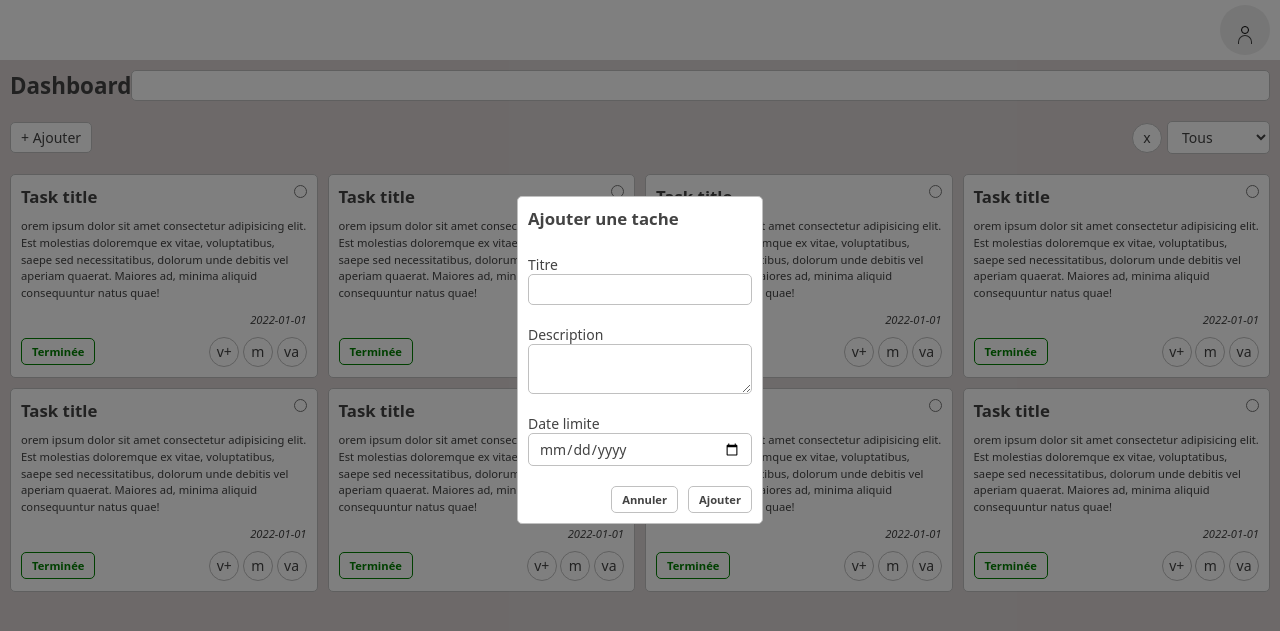
Repository: zpaulange/task_manager
Page: dashboard/index.html
These files come from the project's save history. The page is drawn as it stood at one moment and after a run of saves; the edit follows.
The browser window is 1280 px wide. The pictures show the whole page.

Above is the page before, as saved 2025-03-06 16:20:08.

### dashboard/index.html
<!DOCTYPE html>
<html lang="en">
<head>
    <meta charset="UTF-8">
    <meta name="viewport" content="width=device-width, initial-scale=1.0">
    <link rel="stylesheet" href="../assets/styles/dashboard/style.css">
    <title>Document</title>
</head>
<body>
  <section class="dashboard">
    <div class="dashboard_right">
      <nav class="dashbaord_nav">
        <a href="#" class="dashbaord_nav_avatar">
          <span></span>
        </a>
      </nav>
      <main class="main">
        <div class="main_header">
          <h1 class="main_header_title">Dashboard</h1>
          <input type="search" name="search" class=" main_header_search">
        </div>
        <div class="main_header_actions">
          <div class="main_header_actions_left">
            <button class="main_header_actions_btn">+ Ajouter</button>
          </div>
          <div class="main_header_actions_right">
            <button class="main_header_actions_right_btnDel rounded-btn del">x</button>
            <select name="filter" class="main_header_actions_right_filter" id="">
              <option value="0">Tous</option>
              <option value="1">En cours</option>
              <option value="2">Annulés</option>
              <option value="3">Terminés</option>
            </select>
          </div>
        </div>
        <section class="main-task">
          <div class="main-task__content">
            <div class="main-task__content-item">
              <div class="main-task__content-item__title">
                Task title
              </div>
              <p class="main-task__content-item__desc">
                orem ipsum dolor sit amet consectetur adipisicing elit. Est molestias doloremque ex vitae, voluptatibus, saepe sed necessitatibus, dolorum unde debitis vel aperiam quaerat. Maiores ad, minima aliquid consequuntur natus quae!
              </p>
              <div class="main-task__content-item__date">
                2022-01-01
              </div>
              <div class="main-task__content-item__actions">
                <span class="main-task__content-item__actions_status completed">
                  Terminée
                </span>
                <div>
                  <button class="rounded-btn see-more">v+</button>
                  <button class="rounded-btn modify">m</button>
                  <button class="rounded-btn validate">va</button>
                </div>
              </div>
              <input type="radio" name="checkTask" class="checkTask" id="checkTask">
            </div>
            <div class="main-task__content-item">
              <div class="main-task__content-item__title">
                Task title
              </div>
              <p class="main-task__content-item__desc">
                orem ipsum dolor sit amet consectetur adipisicing elit. Est molestias doloremque ex vitae, voluptatibus, saepe sed necessitatibus, dolorum unde debitis vel aperiam quaerat. Maiores ad, minima aliquid consequuntur natus quae!
              </p>
              <div class="main-task__content-item__date">
                2022-01-01
              </div>
              <div class="main-task__content-item__actions">
                <span class="main-task__content-item__actions_status completed">
                  Terminée
                </span>
                <div>
                  <button class="rounded-btn see-more">v+</button>
                  <button class="rounded-btn modify">m</button>
                  <button class="rounded-btn validate">va</button>
                </div>
              </div>
              <input type="radio" name="checkTask" class="checkTask" id="checkTask">
            </div>
            <div class="main-task__content-item">
              <div class="main-task__content-item__title">
                Task title
              </div>
              <p class="main-task__content-item__desc">
                orem ipsum dolor sit amet consectetur adipisicing elit. Est molestias doloremque ex vitae, voluptatibus, saepe sed necessitatibus, dolorum unde debitis vel aperiam quaerat. Maiores ad, minima aliquid consequuntur natus quae!
              </p>
              <div class="main-task__content-item__date">
                2022-01-01
              </div>
              <div class="main-task__content-item__actions">
                <span class="main-task__content-item__actions_status completed">
                  Terminée
                </span>
                <div>
                  <button class="rounded-btn see-more">v+</button>
                  <button class="rounded-btn modify">m</button>
                  <button class="rounded-btn validate">va</button>
                </div>
              </div>
              <input type="radio" name="checkTask" class="checkTask" id="checkTask">
            </div>
            <div class="main-task__content-item">
              <div class="main-task__content-item__title">
                Task title
              </div>
              <p class="main-task__content-item__desc">
                orem ipsum dolor sit amet consectetur adipisicing elit. Est molestias doloremque ex vitae, voluptatibus, saepe sed necessitatibus, dolorum unde debitis vel aperiam quaerat. Maiores ad, minima aliquid consequuntur natus quae!
              </p>
              <div class="main-task__content-item__date">
                2022-01-01
              </div>
              <div class="main-task__content-item__actions">
                <span class="main-task__content-item__actions_status completed">
                  Terminée
                </span>
                <div>
                  <button class="rounded-btn see-more">v+</button>
                  <button class="rounded-btn modify">m</button>
                  <button class="rounded-btn validate">va</button>
                </div>
              </div>
              <input type="radio" name="checkTask" class="checkTask" id="checkTask">
            </div>
            <div class="main-task__content-item">
              <div class="main-task__content-item__title">
                Task title
              </div>
              <p class="main-task__content-item__desc">
                orem ipsum dolor sit amet consectetur adipisicing elit. Est molestias doloremque ex vitae, voluptatibus, saepe sed necessitatibus, dolorum unde debitis vel aperiam quaerat. Maiores ad, minima aliquid consequuntur natus quae!
              </p>
              <div class="main-task__content-item__date">
                2022-01-01
              </div>
              <div class="main-task__content-item__actions">
                <span class="main-task__content-item__actions_status completed">
                  Terminée
                </span>
                <div>
                  <button class="rounded-btn see-more">v+</button>
                  <button class="rounded-btn modify">m</button>
                  <button class="rounded-btn validate">va</button>
                </div>
              </div>
              <input type="radio" name="checkTask" class="checkTask" id="checkTask">
            </div>
            <div class="main-task__content-item">
              <div class="main-task__content-item__title">
                Task title
              </div>
              <p class="main-task__content-item__desc">
                orem ipsum dolor sit amet consectetur adipisicing elit. Est molestias doloremque ex vitae, voluptatibus, saepe sed necessitatibus, dolorum unde debitis vel aperiam quaerat. Maiores ad, minima aliquid consequuntur natus quae!
              </p>
              <div class="main-task__content-item__date">
                2022-01-01
              </div>
              <div class="main-task__content-item__actions">
                <span class="main-task__content-item__actions_status completed">
                  Terminée
                </span>
                <div>
                  <button class="rounded-btn see-more">v+</button>
                  <button class="rounded-btn modify">m</button>
                  <button class="rounded-btn validate">va</button>
                </div>
              </div>
              <input type="radio" name="checkTask" class="checkTask" id="checkTask">
            </div>
            <div class="main-task__content-item">
              <div class="main-task__content-item__title">
                Task title
              </div>
              <p class="main-task__content-item__desc">
                orem ipsum dolor sit amet consectetur adipisicing elit. Est molestias doloremque ex vitae, voluptatibus, saepe sed necessitatibus, dolorum unde debitis vel aperiam quaerat. Maiores ad, minima aliquid consequuntur natus quae!
              </p>
              <div class="main-task__content-item__date">
                2022-01-01
              </div>
              <div class="main-task__content-item__actions">
                <span class="main-task__content-item__actions_status completed">
                  Terminée
                </span>
                <div>
                  <button class="rounded-btn see-more">v+</button>
                  <button class="rounded-btn modify">m</button>
                  <button class="rounded-btn validate">va</button>
                </div>
              </div>
              <input type="radio" name="checkTask" class="checkTask" id="checkTask">
            </div>
            <div class="main-task__content-item">
              <div class="main-task__content-item__title">
                Task title
              </div>
              <p class="main-task__content-item__desc">
                orem ipsum dolor sit amet consectetur adipisicing elit. Est molestias doloremque ex vitae, voluptatibus, saepe sed necessitatibus, dolorum unde debitis vel aperiam quaerat. Maiores ad, minima aliquid consequuntur natus quae!
              </p>
              <div class="main-task__content-item__date">
                2022-01-01
              </div>
              <div class="main-task__content-item__actions">
                <span class="main-task__content-item__actions_status completed">
                  Terminée
                </span>
                <div>
                  <button class="rounded-btn see-more">v+</button>
                  <button class="rounded-btn modify">m</button>
                  <button class="rounded-btn validate">va</button>
                </div>
              </div>
              <input type="radio" name="checkTask" class="checkTask" id="checkTask">
            </div>
            <!-- <section class="box box-center">
              <h1>Aucune tache disponible...</h1>
            </section> -->
          </div>

        </section>
        <div class="modal">
          <div class="modal-container">
            <h2 class="modal_title">Ajouter une tache</h2>
            <form action="#" class="form">
              <div class="form_item">
                <label for="taskTitle" class="">Titre</label>
                <input type="text">
              </div>
              <div class="form_item">
                <label for="taskDescription" class="">Description</label>
                <textarea></textarea>
              </div>
              <div class="form_item">
                <label for="taskDate" class="">Date limite</label>
                <input type="date">
              </div>
              <div class="form_item-btn">
                <button>Annuler</button>
                <button type="submit">Ajouter</button>
              </div>
            </form>
          </div>
        </div>
      </main>

    </div>
  </section>

</body>
</html>

### assets/styles/dashboard/style.css
*{
  margin:0;
  padding:0;
  box-sizing: border-box;
  position:relative;
  font-family: system-ui, sans-serif;
  font-size: 14px;
  color:#434343;
}
body{
  overflow-x: hidden;
}
a{
  text-decoration: none;
}
a:active, a:hover{
  color:#434343;
}
img{
  width: 100%;
  height: auto;
}
ul li{
  list-style: none;
}
input[type="search"],
input[type="text"],
input[type="date"], textarea{
  padding:5px 10px;
  border-radius:5px;
  border:1px solid silver;
  display: block;
  width: 100%;
}
input:focus, select:focus, textarea:focus{
  outline: none;
}

.dashboard{
  min-height: 100vh;
  background-color: #dbd4d4;
}

.dashboard_right{
  min-height: 100vh;
}
.dashbaord_nav{
  background-color: #fff;
  padding:5px 10px;
  display: flex;
  align-items:center;
  justify-content: flex-end;
  z-index: 1000;
  position: sticky;
  top:0;
  left:0;
}
.dashbaord_nav_avatar{
  display: flex;
  align-items: center;
  justify-content: center;
  height:50px;
  width: 50px;
  border-radius:50%;
  background-color: #eee;

}
.dashbaord_nav_avatar span{
  display: inline-block;
  height: 8px;
  width: 8px;
  border-radius:50%;
  border:1px solid #000
}
.dashbaord_nav_avatar span:before{
  content:'';
  position: absolute;
  height: 8px;
  width: 12px;
  border:1px solid;
  left:50%;
  transform: translateX(-50%);
  top:8px;
  border-bottom: none;
  border-top-left-radius: 10px;
  border-top-right-radius: 10px;
}

.main{
  padding:10px;
}
.main_header_title{
  font-size: 1.6rem;
}
.box{
  min-height: calc(100vh - 180px);
  background-color: #fff;
  border-radius:5px;
  padding:10px;
  margin-top:20px
}
.box.box-center{
  display: flex;
  align-items:center;
  justify-content: center;
}

.main_header{
  display: flex;
  justify-content: space-between;
  align-items:center;
  margin-bottom:20px;
}
.main_header_actions{
  display: flex;
  justify-content: space-between;
  align-items:center;
}
.main_header_actions_btn{
  padding:5px 10px;
  border-radius:5px;
  border:1px solid silver;
  background-color: #fff;
  cursor: pointer;
  transition: .2s;
}
.main_header_actions_btn:hover{
  background-color:blue;
  color:#fff;
}
.main_header_actions_right{
  display: flex;
  align-items:center;
  gap:5px;
}
.rounded-btn{
  border-radius:50%;
  border:1px solid silver;
  background-color: #fff;
  cursor: pointer;
  transition: .2s;
  cursor:pointer;
  width: 30px;
  height: 30px;
}
.rounded-btn.del:hover{
  background-color:red;
  color:#fff;
}
.rounded-btn.see-more:hover{
  background-color:blue;
  color:#fff;
}
.rounded-btn.modify:hover{
  background-color:rgb(172, 172, 14);
  color:#fff;
}
.rounded-btn.validate:hover{
  background-color:green;
  color:#fff;
}
.main_header_actions_right_filter{
  padding:5px 10px;
  border-radius:5px;
  border:1px solid silver;
  background-color: #fff;
}

.main-task__content{
  margin-top:20px;
  display: grid;
  grid-template-columns: repeat(auto-fill, minmax(300px, 1fr));
  gap:10px
}
.main-task__content-item{
  background-color:#fff;
  padding:10px;
  border-radius:5px;
  border:1px solid silver
}
.main-task__content-item__title{
  font-size: 1.2rem;
  font-weight: 600;
  padding-right:30px;
}
.main-task__content-item__desc{
  font-size: .8rem;
  line-height: 1.2rem;
  margin-top:10px;
  margin-bottom:10px;
}
.main-task__content-item__date{
  font-size: .8rem;
  text-align: right;
  font-style: italic;
}

.main-task__content-item__actions{
  display: flex;
  justify-content: space-between;
  align-items:center;
  margin-top:10px;
}
.main-task__content-item__actions_status, .form_item-btn button{
  padding:5px 10px;
  border-radius:5px;
  background-color: #fff;
  border:1px solid silver;
  font-size: .8rem;
  font-weight: 600;
}
.main-task__content-item__actions_status.canceled{
  color:red;
  border-color:red;
}
.main-task__content-item__actions_status.pending{
  color:blue;
  border-color:blue;
}
.main-task__content-item__actions_status.completed{
  color:green;
  border-color:green;
}
.checkTask{
  position:absolute;
  top:10px;
  right:10px;
}
.modal{
  position: fixed;
  top:0;
  left:0;
  width: 100%;
  height: 100vh;
  background-color: rgba(0, 0, 0, .5);
  display: flex;
  justify-content: center;
  align-items: center;
  z-index: 9999;
}
.modal_title{
  font-size: 1.2rem;
  font-weight: 600;
  margin-bottom:25px;
}
.modal-container{
  background-color: #fff;
  padding:10px;
  border-radius:5px;
  border:1px solid silver;
}

.form_item{
  margin-bottom:20px;
}
.form_item label{
  margin-bottom:3px;
}
.form_item-btn{
  margin-top:10px;
  display: flex;
  justify-content: flex-end;
  gap:10px;

}
.form_item-btn button:hover{
  background-color:blue;
  color:#fff;
  cursor:pointer
}

After the next 2 saves:
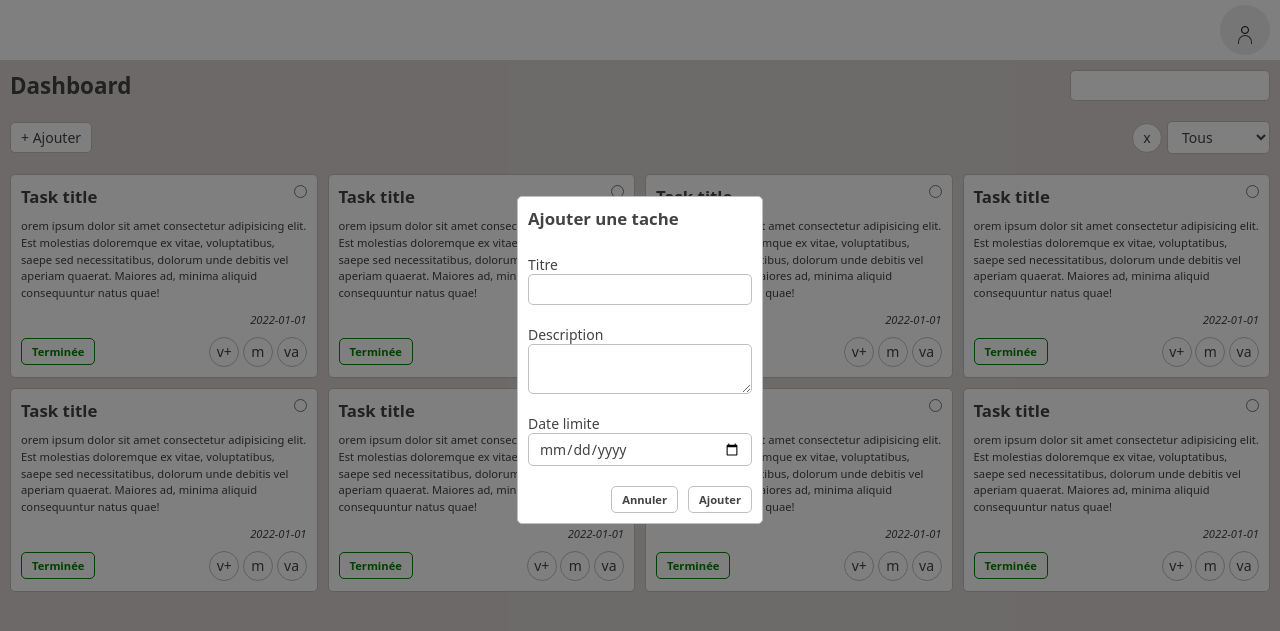
The 2 saves are shown as one change because they came seconds apart.
The last was saved 45 s later.
--- a/dashboard/index.html
+++ b/dashboard/index.html
@@ -17,7 +17,7 @@
       <main class="main">
         <div class="main_header">
           <h1 class="main_header_title">Dashboard</h1>
-          <input type="search" name="search" class=" main_header_search">
+          <input type="search" name="search" class=" main_header_search" style="width:200px">
         </div>
         <div class="main_header_actions">
           <div class="main_header_actions_left">
